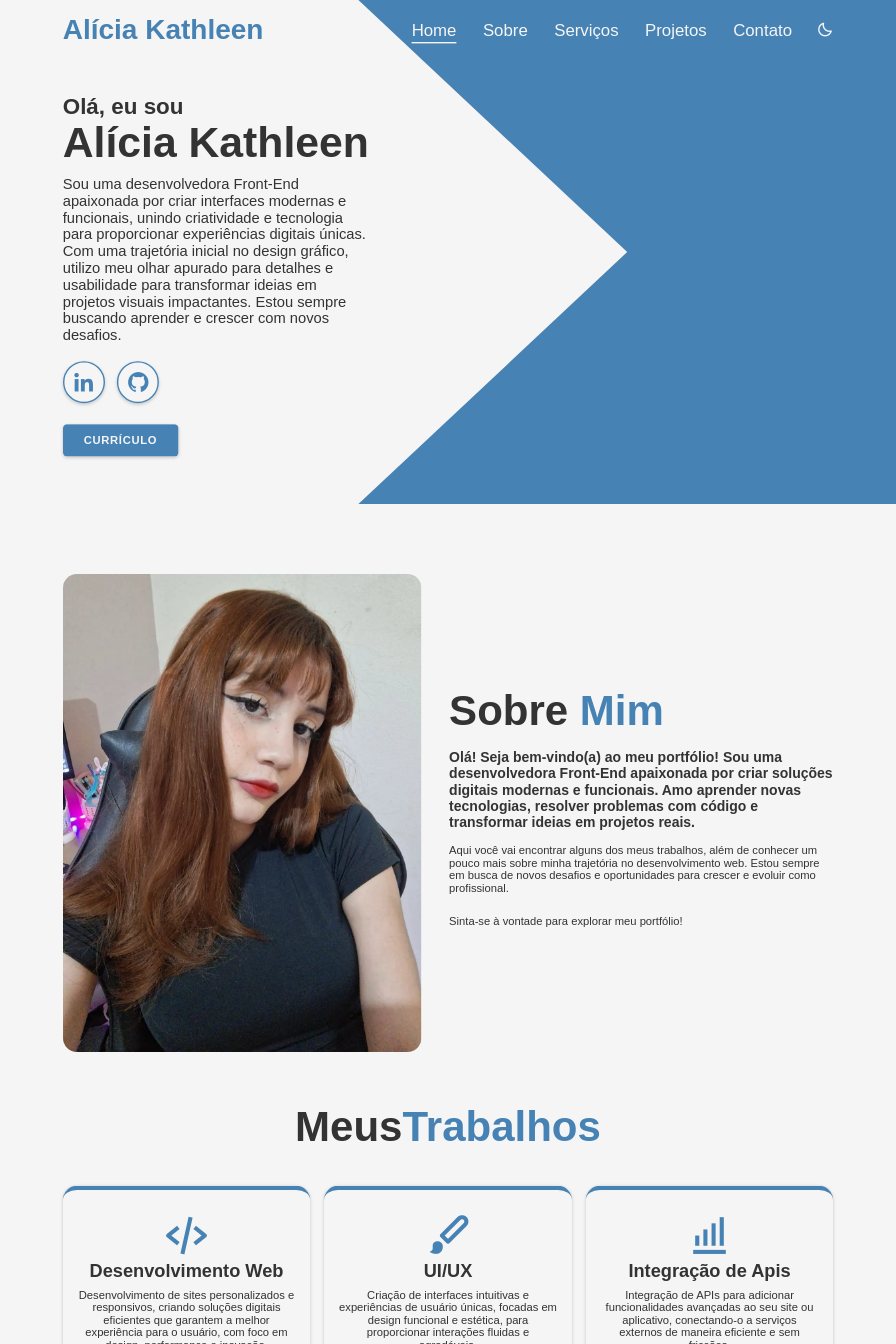
Repository: AliciaKathleen/portfolio-2025
Page: index.html
These files come from the project's save history. The page is drawn as it stood at one moment and after the next save; the edit follows.
The browser window is 1280 px wide. The pictures show the part of the page from y = 0 to 1920 px (the page is 3946 px tall), at 70% of full size.

Above is the page before, as saved 2025-01-27 17:03:22.
Console error: TypeError: Cannot read properties of null (reading 'classList')

After the next save:
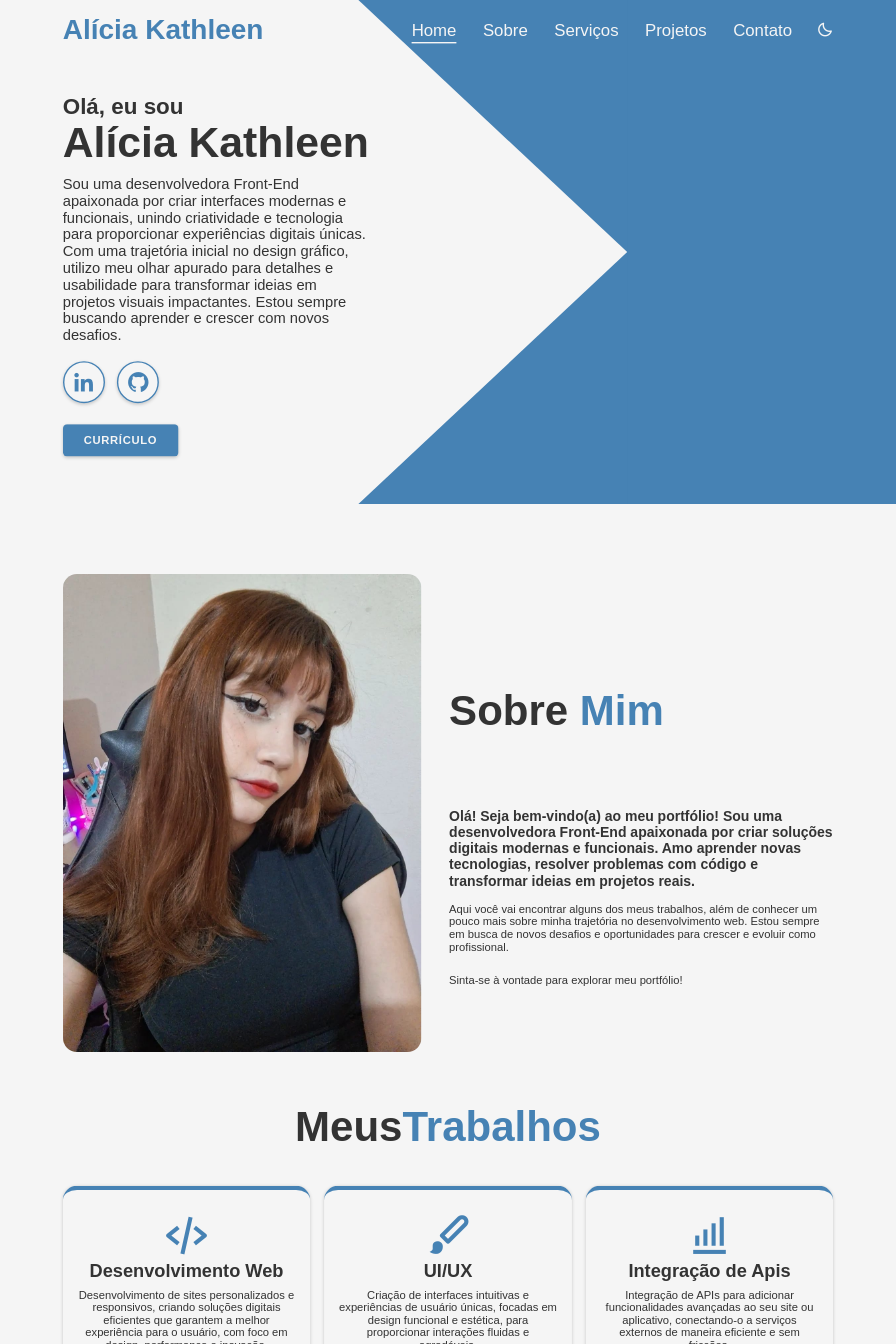
Saved 31 s later.
--- a/style.css
+++ b/style.css
@@ -282,7 +282,7 @@ span {
 .about-content h2 {
     margin-top: 1rem;
     text-align: left;
-    line-height: 1.2;
+    line-height: 4;
 }
 
 .about-content h3 {
